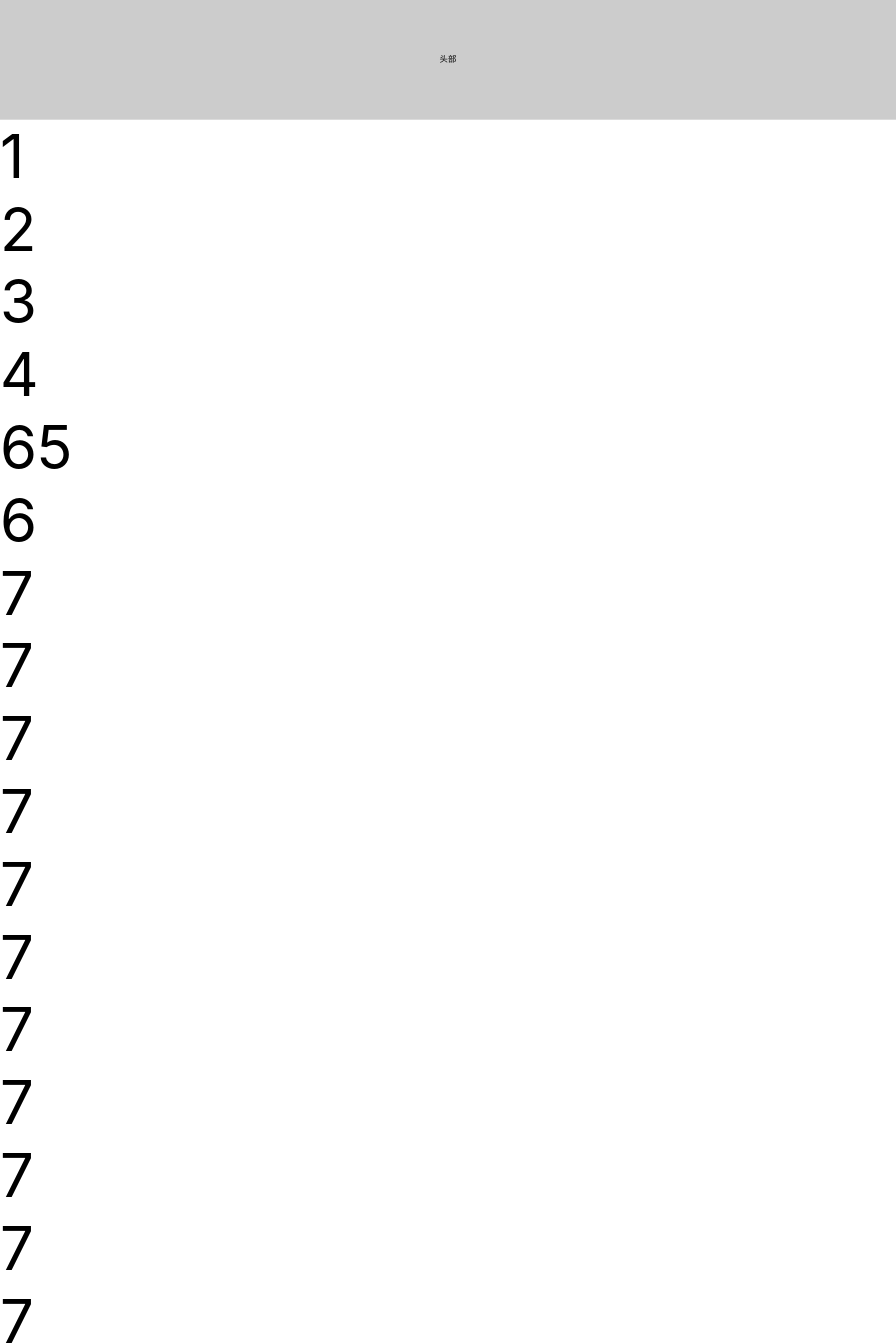
Repository: zjb17395046959/h5-
Page: index.html
These files come from the project's save history. The page is drawn as it stood at one moment and after a run of saves; the edit follows.
The browser window is 1280 px wide. The pictures show the part of the page from y = 0 to 1920 px (the page is 3461 px tall before and 720 px after), at 70% of full size.
The style sheet was rebuilt from its Sass, Less or Tailwind sources for each picture, by a compiler version that may differ from the author's.

Above is the page before, as saved 2020-09-14 16:04:59.

### index.html
<!DOCTYPE html>
<html lang="en">
<head>
    <meta charset="utf-8">
    <meta content="yes" name="apple-mobile-web-app-capable" />
    <meta content="yes" name="apple-touch-fullscreen" />
    <meta content="telephone=no,email=no" name="format-detection" />
    <meta name="viewport" content="initial-scale=1, maximum-scale=1, minimum-scale=1, user-scalable=no">
    <title>头尾固定，中间超出隐藏</title>
    <link rel="stylesheet" href="./css/reset.css">
    <link rel="stylesheet" href="./css/index.css">
    <script src="./js/jquery-2.1.3.min.js"></script>
    <script src="./js/flexible.js"></script>
    <script src="./js/util.js"></script>
</head>
<body>
    <!-- 布局开始 -->
    <div id="wrap">
        <!-- 头部布局 -->
        <header>头部</header>
        <div class="content">
            <ul>
                <li>1</li>
                <li>2</li>
                <li>3</li>
                <li>4</li>
                <li>65</li>
                <li>6</li>
                <li>7</li>
                <li>7</li>
                <li>7</li>
                <li>7</li>
                <li>7</li>
                <li>7</li>
                <li>7</li>
                <li>7</li>
                <li>7</li>
                <li>7</li>
                <li>7</li>
                <li>8</li>
                <li>8</li>
                <li>8</li>
                <li>8</li>
                <li>8</li>
                <li>8</li>
                <li>8</li>
                <li>8</li>
                <li>8</li>
                <li>8</li>
                <li>8</li>
                <li>8</li>
                <li>8</li>
            </ul>
        </div>
        <footer>尾部</footer>


<!-- 布局结束 -->
    </div>
</body>
</html>

### css/reset.css
/*清除外边距*/
body, h1, h2, h3, h4, h5, h6, hr, p, blockquote, figure, /*结构元素*/
dl, dt, dd, ul, ol, li, /*列表元素*/
fieldset, lengend, button, input, textarea, /*表单元素*/
th, td, /*表格元素*/
pre /*文本格式元素*/ {
    margin: 0;
    -webkit-tap-highlight-color:rgba(0,0,0,0);
    -webkit-tap-highlight-color: transparent;
}
/*清除内边距*/
ul, ol, menu, td, input{
    padding: 0;
}
/*重置列表元素*/
ul, ol {
    list-style: none;
}
/*将字体扶正*/
address, cite, dfn, em, var {
    font-style: normal;
}
/*清下划线*/
a {
    text-decoration: none;
    color: black;
}
/*鼠标略过a标签，显示下划线*/
a:hover {
    /*text-decoration: underline;*/
}
/*清浮动*/
.clear:after {
    content: '';
    display: block;
    clear: both;
}

.fl{
    float: left;
}

.fr {
    float: right;
}

input,textarea{
    border: none;
    outline:none;

}
input[type="button"],button{
    -moz-appearance: none;
    -webkit-appearance: none;
    border-radius: 0;/*解决ios上输入框圆角问题*/
}


input[type="text"]:focus,input[type="number"]:focus,input[type="tel"]:focus {
    -webkit-box-shadow: 0 0 0 1000px white inset !important;
}
input[type="text"]:-webkit-autofill,input[type="number"]:-webkit-autofill,input[type="tel"]:-webkit-autofill,
input[type="text"]:-webkit-autofill:focus,input[type="number"]:-webkit-autofill:focus,input[type="tel"]:-webkit-autofill:focus {
    -webkit-box-shadow: 0 0 0px 1000px white inset !important;
    background-color: #fff;
    transition: background-color 50000s ease-in-out 0s;
    -webkit-transition-delay: 99999s;
    -webkit-transition: color 99999s ease-out, background-color 99999s ease-out;
}

/* input:-webkit-autofill {
    -webkit-box-shadow: 0 0 0px 1000px white inset !important;
} */

::-webkit-scrollbar { width: 0  }

body {
    font-family: -apple-system, BlinkMacSystemFont, "PingFang SC","Helvetica Neue",STHeiti,"Microsoft Yahei",Tahoma,Simsun,sans-serif;
    -webkit-text-size-adjust: 100% !important;/*防止ios手机字体默认变大*/
}

### js/flexible.js
(function flexible (window, document) {
    var docEl = document.documentElement
    var dpr = window.devicePixelRatio || 1

    // adjust body font size
    function setBodyFontSize () {
      if (document.body) {
        document.body.style.fontSize = (12 * dpr) + 'px'
      }
      else {
        document.addEventListener('DOMContentLoaded', setBodyFontSize)
      }
    }
    setBodyFontSize();

    // set 1rem = viewWidth / 10
    function setRemUnit () {
      var rem = docEl.clientWidth / 10
      docEl.style.fontSize = rem + 'px'
    }

    setRemUnit()

    // reset rem unit on page resize
    window.addEventListener('resize', setRemUnit)
    window.addEventListener('pageshow', function (e) {
      if (e.persisted) {
        setRemUnit()
      }
    })

    // detect 0.5px supports
    if (dpr >= 2) {
      var fakeBody = document.createElement('body')
      var testElement = document.createElement('div')
      testElement.style.border = '.5px solid transparent'
      fakeBody.appendChild(testElement)
      docEl.appendChild(fakeBody)
      if (testElement.offsetHeight === 1) {
        docEl.classList.add('hairlines')
      }
      docEl.removeChild(fakeBody)
    }

    var viewport = document.querySelector("meta[name=viewport]");
        var dpr = window.devicePixelRatio || 1;
        var scale = 1 / dpr;
        //下面是根据设备dpr设置viewport
        viewport.setAttribute(
            "content",
            "width=device-width,initial-scale=" +
            scale +
            ", maximum-scale=" +
            scale +
            ", minimum-scale=" +
            scale +
            ", user-scalable=no"
        );

  }(window, document))

### js/util.js
$(function(){

        /**
     * ajax封装
     * url 发送请求的地址
     * data 发送到服务器的数据，数组存储
     * isLoading 是否显示loading
     * dataType 预期服务器返回的数据类型，常用的如：xml、html、json、text
     * successfn 成功回调函数
     * errorfn 失败回调函数
     */
    var loadNum = 0;
    jQuery.axspost=function(url, data,isLoading,successfn,errorfn) {

        $.ajax({
            type: "POST",
            data: data,
            url: "http://10.6.4.154:8081/app/v6/membersExchange/"+url,
            dataType: "json",
            beforeSend:function(){
                if(isLoading){
                    loadNum++;
                    $(".loading").show();
                }

            },
            success: function(d){
                console.log("成功",d)
                if(d.result == "000"){
                    successfn(d);
                }else{
                    console.log(d)
                    if(typeof errorfn === "function"){
                        errorfn("success",d);
                    }else{
                        $.toast(d.msg);
                    }
                }
            },
            error: function(e){
                console.log("失败",e)
                if(typeof errorfn === "function"){
                    errorfn("error",e);
                }else{
                    toast("请求出错！");
                    console.log(e)
                }

            },
            complete:function(e){
                if(isLoading){
                    loadNum--
                    if(loadNum === 0){
                        $(".loading").hide();
                    }
                }

            }
        });
    };

    jQuery.toast=function(msg, duration) {
        duration = isNaN(duration) ? 2000 : duration;
        var m = document.createElement('div');
        m.innerHTML = msg;
        m.setAttribute("class", "toast");

        m.style.cssText = "font-family:siyuan;padding:1.5vw  3.0557333vw;color: rgb(255, 255, 255);line-height: 5.7306667vw;text-align: center;border-radius: 0.8730667vw;position: fixed;top: 50%;left: 50%;transform: translate(-50%, -50%);z-index: 999999;background: rgba(0, 0, 0,.7);font-size:  3.4922667vw;word-break:break-all;";
        if(msg.length > 10){
            m.style.cssText+="min-width: 62%;"
        }
        document.body.appendChild(m);
        setTimeout(function() {
            var d = 0.5;
            m.style.webkitTransition = '-webkit-transform ' + d + 's ease-in, opacity ' + d + 's ease-in';
            m.style.opacity = '0';
            setTimeout(function() {
                document.body.removeChild(m)
            }, d * 1000);
        }, duration);
    }

  //校验手机号
  jQuery.PhoneNumberVerify=function(tel) {
    if(tel != ""){
        var reg =/^0?1[3|4|5|6|7|8|9][0-9]\d{8}$/;
        return reg.test(tel);
    }
  };

    //校验邮箱
    jQuery.emailVerify=function(email) {
        if (email != "") {
            var reg = /^\w+((-\w+)|(\.\w+))*\@[A-Za-z0-9]+((\.|-)[A-Za-z0-9]+)*\.[A-Za-z0-9]+$/;
            return reg.test(email);

        };
    };

     //保留两位小数
     jQuery.returnFloat=function(value){
        var value=Math.round(parseFloat(value)*100)/100;
        var xsd=value.toString().split(".");
        if(xsd.length==1){
            value=value.toString()+".00";
            return value;
        }
        if(xsd.length>1){
        if(xsd[1].length<2){
            value=value.toString()+"0";
        }
        return value;
        }
    }

    jQuery.add = function (arg1, arg2, d) {
        arg1 = arg1.toString(), arg2 = arg2.toString();
        var arg1Arr = arg1.split("."),
            arg2Arr = arg2.split("."),
            d1 = arg1Arr.length == 2 ? arg1Arr[1] : "",
            d2 = arg2Arr.length == 2 ? arg2Arr[1] : "";
        var maxLen = Math.max(d1.length, d2.length);
        var m = Math.pow(10, maxLen);
        var result = Number(((arg1 * m + arg2 * m) / m).toFixed(maxLen));
        var d = arguments[2];
        return typeof d === "number" ? Number((result).toFixed(d)) : result;
    }

    jQuery.accSub = function (arg1, arg2) {
        var r1, r2, m, n;
        try {
            r1 = arg1.toString().split(".")[1].length
        } catch (e) {
            r1 = 0
        };
        try {
            r2 = arg2.toString().split(".")[1].length
        } catch (e) {
            r2 = 0
        };
        m = Math.pow(10, Math.max(r1, r2));
        // 动态控制精度长度
        n = (r1 >= r2) ? r1 : r2;
        return ((arg1 * m - arg2 * m) / m).toFixed(n);
    }
    //乘法
    jQuery.accMul = function (arg1, arg2) {
        var m = 0,
            s1 = arg1.toString(),
            s2 = arg2.toString();
        try {
            m += s1.split(".")[1].length
        } catch (e) {};
        try {
            m += s2.split(".")[1].length
        } catch (e) {};
        return Number(s1.replace(".", "")) * Number(s2.replace(".", "")) / Math.pow(10, m);
    }

    //android禁止微信浏览器调整字体大小
   if (typeof WeixinJSBridge == "object" && typeof WeixinJSBridge.invoke == "function") {
       handleFontSize();
   } else {
       if (document.addEventListener) {
           document.addEventListener("WeixinJSBridgeReady", handleFontSize, false);
       } else if (document.attachEvent) {
           document.attachEvent("WeixinJSBridgeReady", handleFontSize);
           document.attachEvent("onWeixinJSBridgeReady", handleFontSize);  }
   }
   function handleFontSize() {
       // 设置网页字体为默认大小
       WeixinJSBridge.invoke('setFontSizeCallback', { 'fontSize' : 0 });
       // 重写设置网页字体大小的事件
       WeixinJSBridge.on('menu:setfont', function() {
           WeixinJSBridge.invoke('setFontSizeCallback', { 'fontSize' : 0 });
       });
   }
});

### css/index.less
@baseWidth:750;
.vw(@name,@px){
    @{name}:(@px / @baseWidth )* 100vw;
}
.longVw(@name,@a,@b,@c,@d){
    @{name}:( @a / @baseWidth)* 100vw ( @b / @baseWidth)* 100vw ( @c / @baseWidth)* 100vw ( @d / @baseWidth)* 100vw
}
#wrap{
    width: 100%;
    height: 100%;
    display: flex;
    flex-direction: column;
    header,footer{
        .vw(height,100);
        .vw(line-height,100);
        text-align: center;
        background:#ccc;
    }
    .content{
        flex: 1;
        overflow: auto;
        ul{
            height: 100%;
            li{
                .vw(font-size,50);
            }
        }
    }
    footer{

    }
}

Loaded but not shown: js/jquery-2.1.3.min.js (library)

After the next 3 saves:
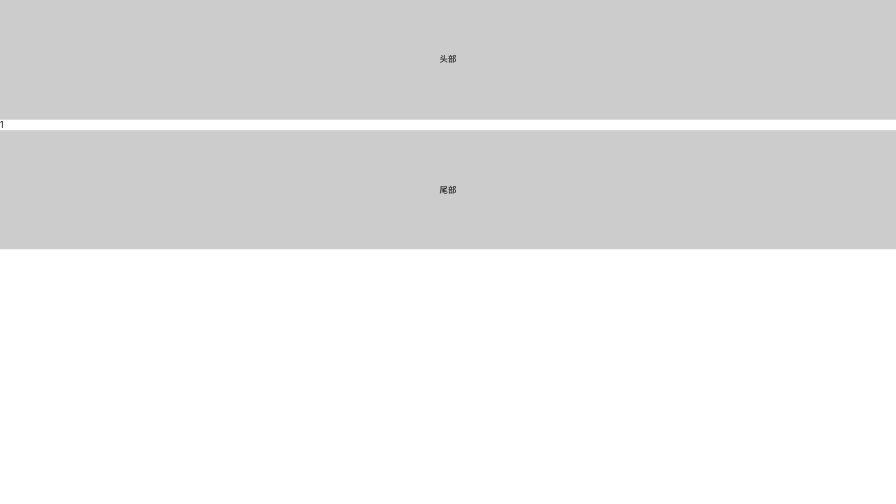
The 3 saves are shown as one change because they came seconds apart.
The last was saved 56 s later.
--- a/index.html
+++ b/index.html
@@ -19,38 +19,7 @@
         <!-- 头部布局 -->
         <header>头部</header>
         <div class="content">
-            <ul>
-                <li>1</li>
-                <li>2</li>
-                <li>3</li>
-                <li>4</li>
-                <li>65</li>
-                <li>6</li>
-                <li>7</li>
-                <li>7</li>
-                <li>7</li>
-                <li>7</li>
-                <li>7</li>
-                <li>7</li>
-                <li>7</li>
-                <li>7</li>
-                <li>7</li>
-                <li>7</li>
-                <li>7</li>
-                <li>8</li>
-                <li>8</li>
-                <li>8</li>
-                <li>8</li>
-                <li>8</li>
-                <li>8</li>
-                <li>8</li>
-                <li>8</li>
-                <li>8</li>
-                <li>8</li>
-                <li>8</li>
-                <li>8</li>
-                <li>8</li>
-            </ul>
+            <p>1</p>
         </div>
         <footer>尾部</footer>
 
